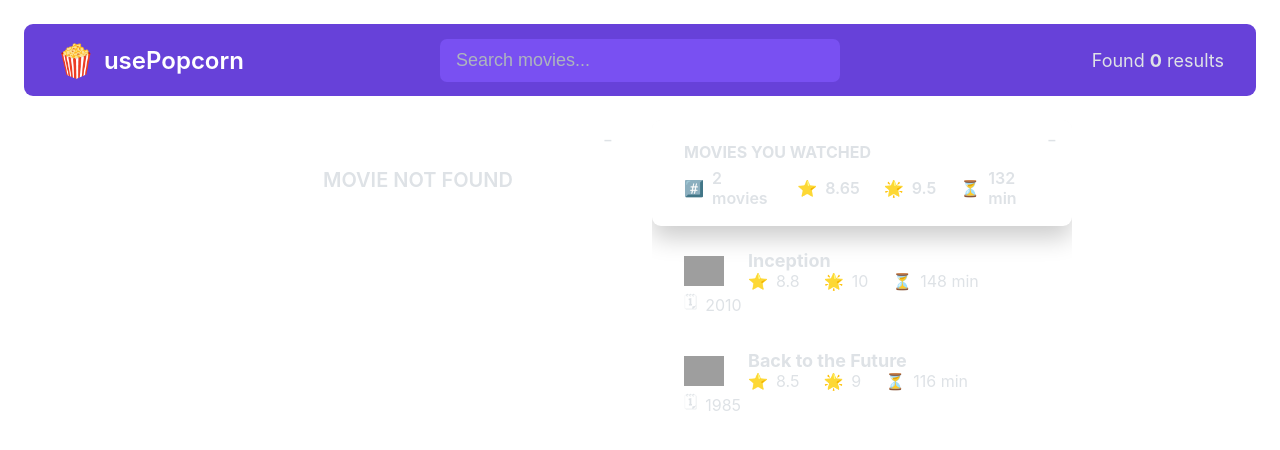
Repository: KRIMOU/usePopCorn
Page: /
The author's editor kept a copy of each file at every save. The page is drawn from the files as they stood at one save, then again after the next save.
The browser window is 1280 px wide. The pictures show the whole page.
Pictures or frames that could not be fetched are drawn as grey boxes. The project was rebuilt for these pictures with package versions that can differ from the ones it lists, and the page was loaded fresh each time. Also part of the build but not shown: src/Star/index.js, src/StarRating/index.js.

Above is the page before, as saved 2024-09-10 22:08:29.

After the next save:
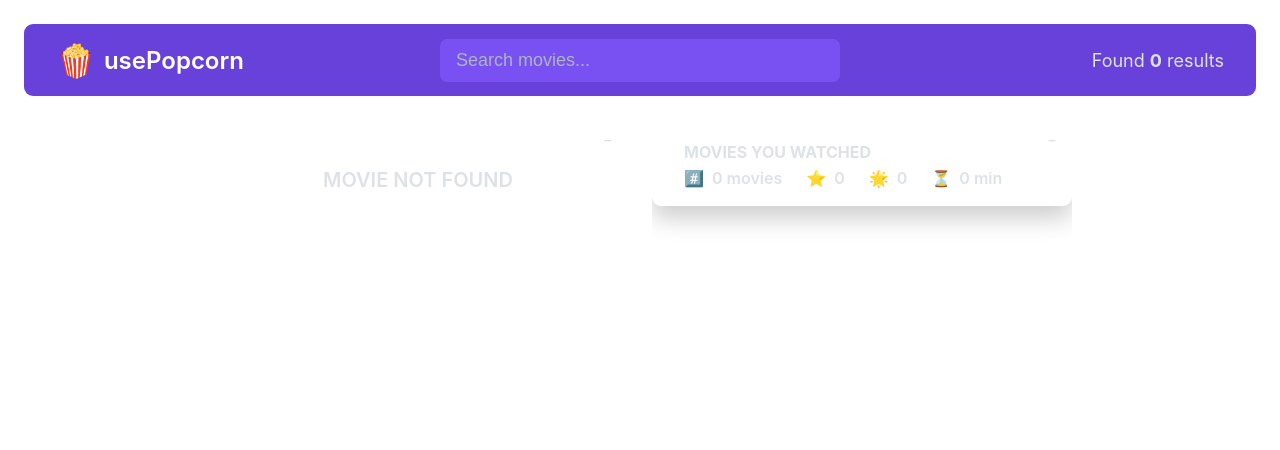
Saved 2 min 18 s later.
--- a/src/App.js
+++ b/src/App.js
@@ -86,8 +86,8 @@ export function Main({ children }) {
 const KEY = '12c1fdba'
 export default function App() {
   const [query, setQuery] = useState('')
-  const [movies, setMovies] = useState(tempMovieData)
-  const [watched, setWatched] = useState(tempWatchedData)
+  const [movies, setMovies] = useState([])
+  const [watched, setWatched] = useState([])
   const [isLoading, setIsLoading] = useState(false)
   const [error, setError] = useState(false)
   const [selectedId, setSelectedId] = useState(null)
